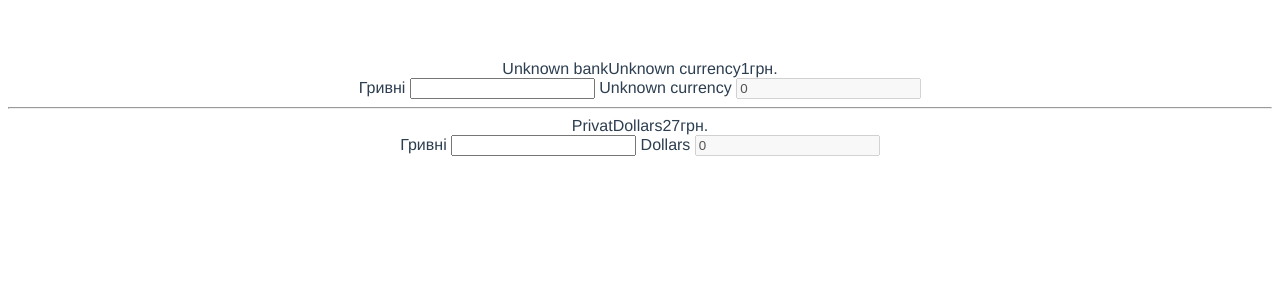
Repository: KYUUBI-K/HTML
Page: / (app in За 2 курс/VUe.js/kichen/)
An editor plug-in stored every save of this project. The page is shown before and after the next save, followed by the edit.
The browser window is 1280 px wide. The pictures show the whole page.
The project was rebuilt for these pictures with package versions that can differ from the ones it lists, and the page was loaded fresh each time.

Above is the page before, as saved 2021-09-15 12:13:39.

After the next save:
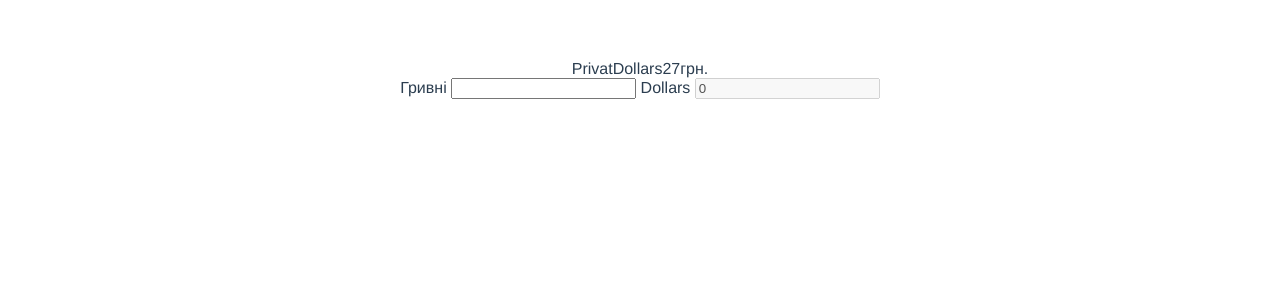
Saved 64 s later.
--- a/За 2 курс/VUe.js/kichen/src/App.vue
+++ b/За 2 курс/VUe.js/kichen/src/App.vue
@@ -1,7 +1,5 @@
 <template>
   <div id="app">
-    <converter/>
-    <hr>
     <converter
       bank-title = 'Privat'
       currency-title = 'Dollars'
